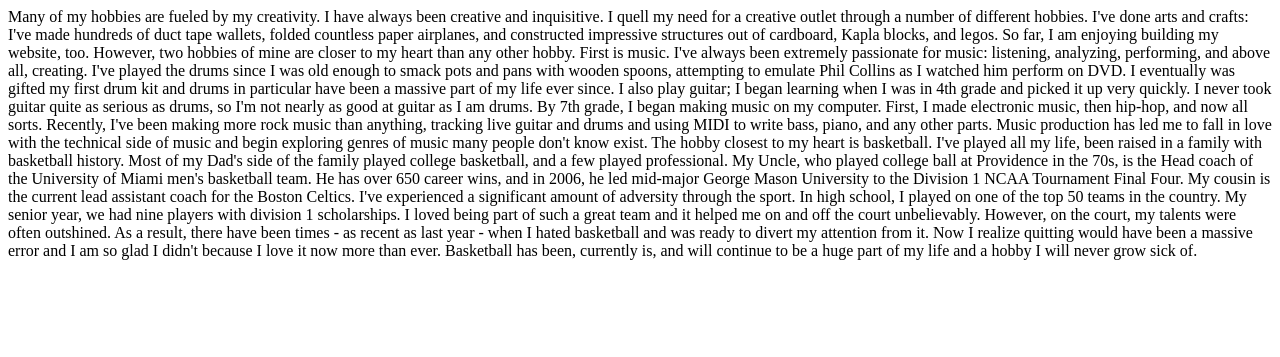
Repository: larranj1/my_website
Page: assignments/html/personal_file2.html
The author's editor kept a record of every edit. The page is drawn from the files as they stood at one moment, then again after the next edit.
The browser window is 1280 px wide. The pictures show the whole page.

Above is the page before.

After the next edit:
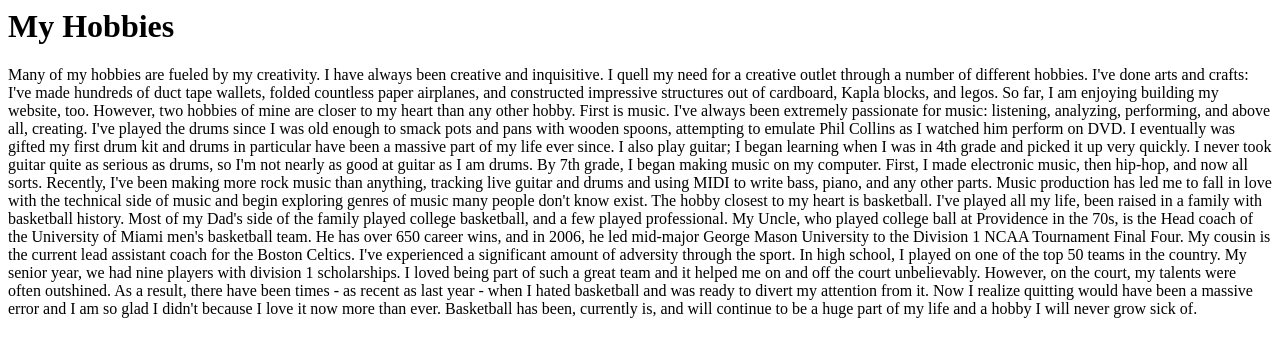
The edit:
--- a/assignments/html/personal_file2.html
+++ b/assignments/html/personal_file2.html
@@ -1,3 +1,4 @@
+<h1> My Hobbies </h1>
 Many of my hobbies are fueled by my creativity. I have always been creative
 and inquisitive. I quell my need for a creative outlet through a number
 of different hobbies.  I've done arts and crafts: I've made hundreds of
